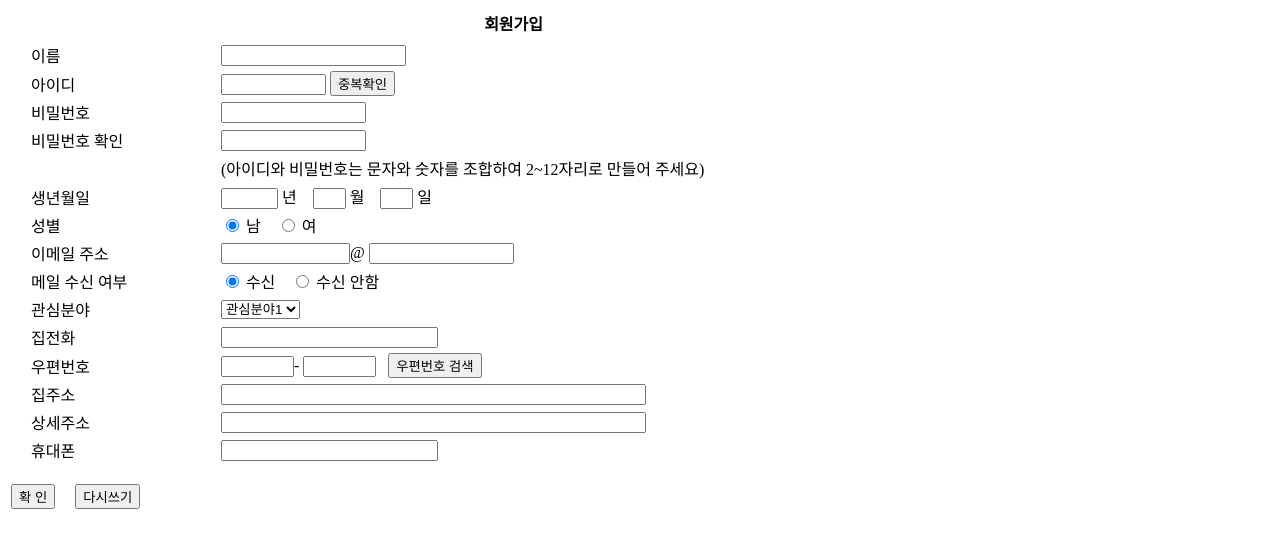
Repository: ekgus419/hckj
Page: http://localhost/Railro/WEB-INF/views/index.jsp
These files come from the project's save history. The page is drawn as it stood at one moment and after the next save; the edit follows.
The browser window is 1280 px wide. The pictures show the whole page.
The page is served by Tomcat 9. Nobody is signed in. The template is opened directly, without the code that normally fills it, so the values that code supplies are empty.

Above is the page before, as saved 2016-08-19 11:17:26.

After the next save:
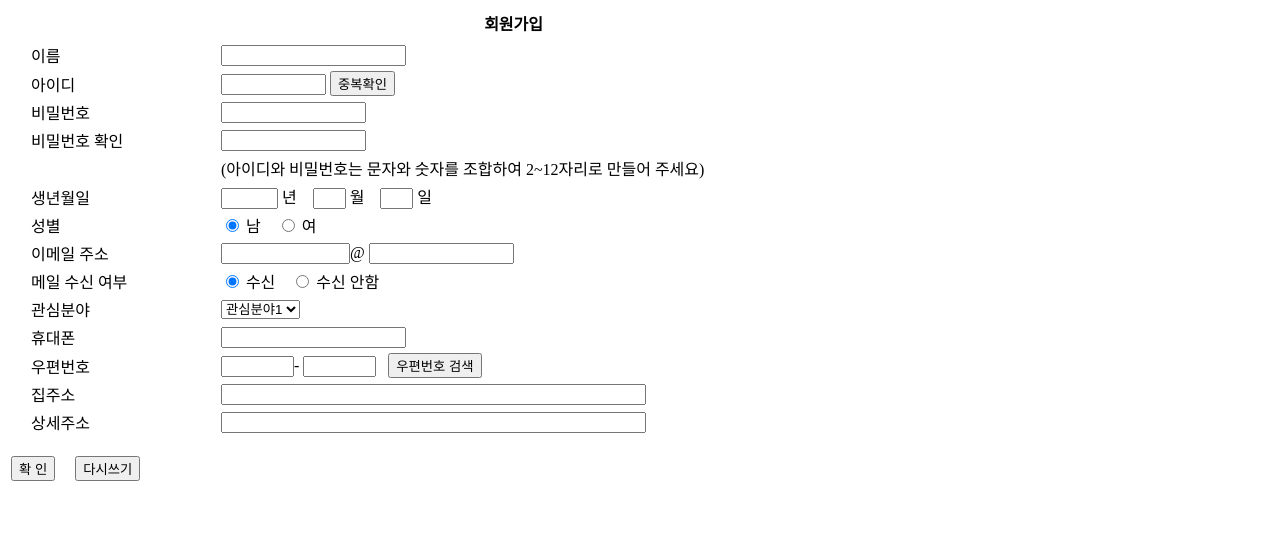
Saved 2 min 30 s later.
--- a/Railro/src/main/webapp/WEB-INF/views/index.jsp
+++ b/Railro/src/main/webapp/WEB-INF/views/index.jsp
@@ -135,11 +135,11 @@
 			<tr>
 				<td>
 					&nbsp;&nbsp;&nbsp;&nbsp;
-					집전화
+					휴대폰
 				</td>
 				<td>
 					&nbsp;&nbsp;&nbsp;
-					<input type="text" name="MEMBER_PHONE" size="24"/>
+					<input type="text" name="" size="20" />
 				</td>
 			</tr>
 			<tr>
@@ -178,16 +178,6 @@
 				</td>
 			</tr>
 			<tr>
-				<td>
-					&nbsp;&nbsp;&nbsp;&nbsp;
-					휴대폰
-				</td>
-				<td>
-					&nbsp;&nbsp;&nbsp;
-					<input type="text" name="MEMBER_MOBILE" size="24" />
-				</td>
-			</tr>
-			<tr>
 				<td class="btn" colspan="100%">
 					<br />
 					<input type="submit" value="확 인" />
